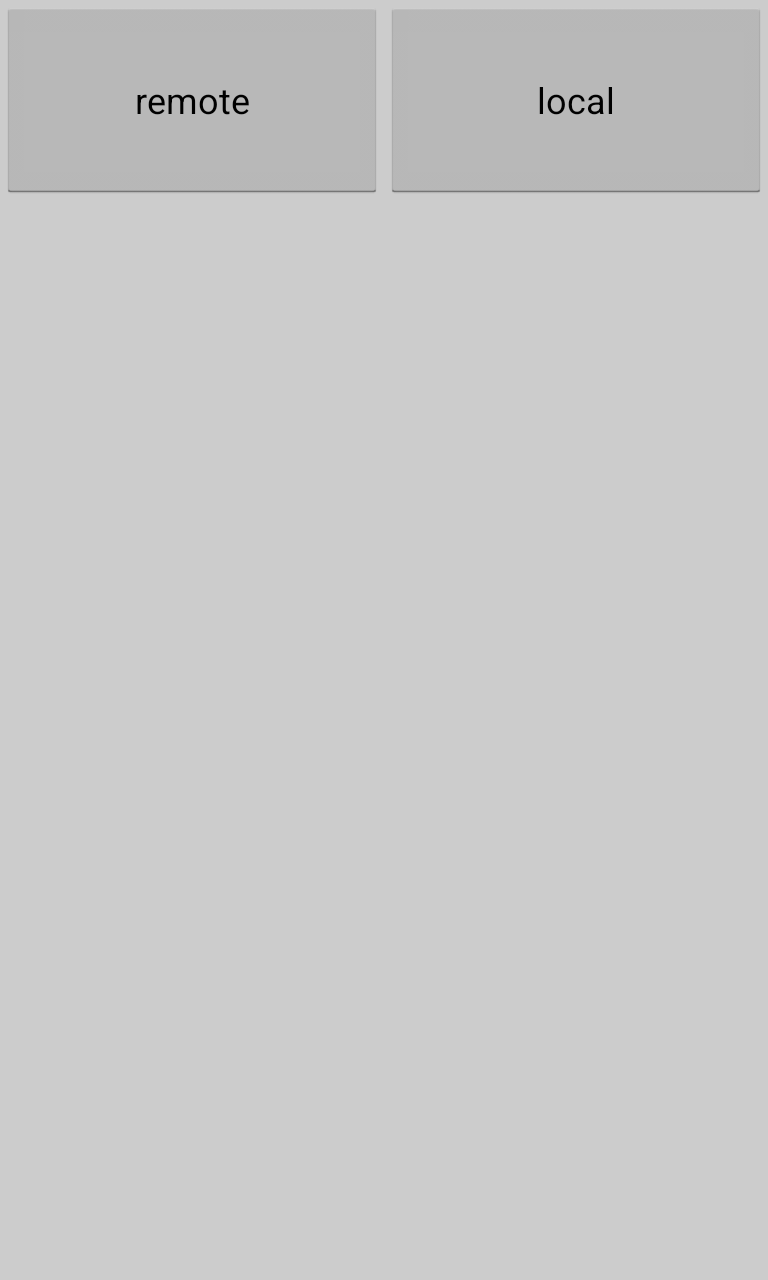
Repository: ChenLongAHXC/AndroidPractice
Layout: Mp3/res/layout/activity_main.xml
These files come from the project's save history. The layout is drawn as it stood at one moment and after the next save; the edit follows.
It is drawn on a 768 x 1280 px phone screen (xhdpi) without system bars, with theme AppTheme; the app's code is not run.

Above is the layout before, as saved 2014-03-25 04:04:16.

### Mp3/res/layout/activity_main.xml
<LinearLayout xmlns:android="http://schemas.android.com/apk/res/android"
    xmlns:tools="http://schemas.android.com/tools"
    android:layout_width="fill_parent"
    android:layout_height="fill_parent"
    android:orientation="vertical">

    <LinearLayout
        android:layout_weight="1"
        android:layout_width="match_parent"
        android:layout_height="0dp"
        android:background="#cccccc">

        <Button
            android:id="@+id/remote"
            android:layout_weight="1"
            android:layout_width="0dp"
            android:layout_height="fill_parent"
            android:text="remote" />

        <Button
            android:id="@+id/local"
            android:layout_weight="1"
            android:layout_width="0dp"
            android:layout_height="fill_parent"
            android:text="local" />

    </LinearLayout>

    <LinearLayout
        android:id="@+id/showMp3List"
        android:layout_width="match_parent"
        android:layout_height="0dp"
        android:layout_weight="5.37"
        android:background="#cccccc"
        android:orientation="vertical" >

    </LinearLayout>

</LinearLayout>

Loaded but not shown: Mp3/res/values/styles.xml (common file); Mp3/res/values-v11/styles.xml (common file); Mp3/res/values-v14/styles.xml (common file)

After the next save:
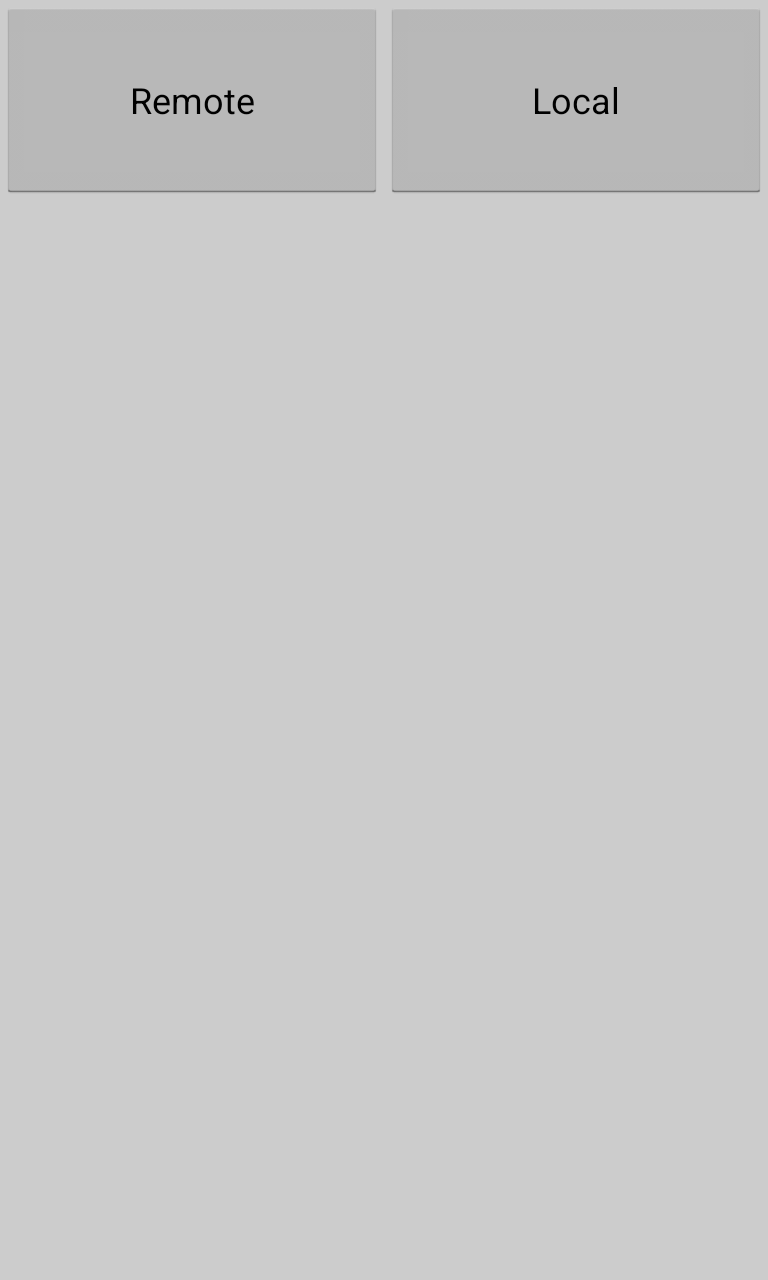
Saved 13 s later.
--- a/Mp3/res/layout/activity_main.xml
+++ b/Mp3/res/layout/activity_main.xml
@@ -15,14 +15,14 @@
             android:layout_weight="1"
             android:layout_width="0dp"
             android:layout_height="fill_parent"
-            android:text="remote" />
+            android:text="Remote" />
 
         <Button
             android:id="@+id/local"
             android:layout_weight="1"
             android:layout_width="0dp"
             android:layout_height="fill_parent"
-            android:text="local" />
+            android:text="Local" />
 
     </LinearLayout>
 
